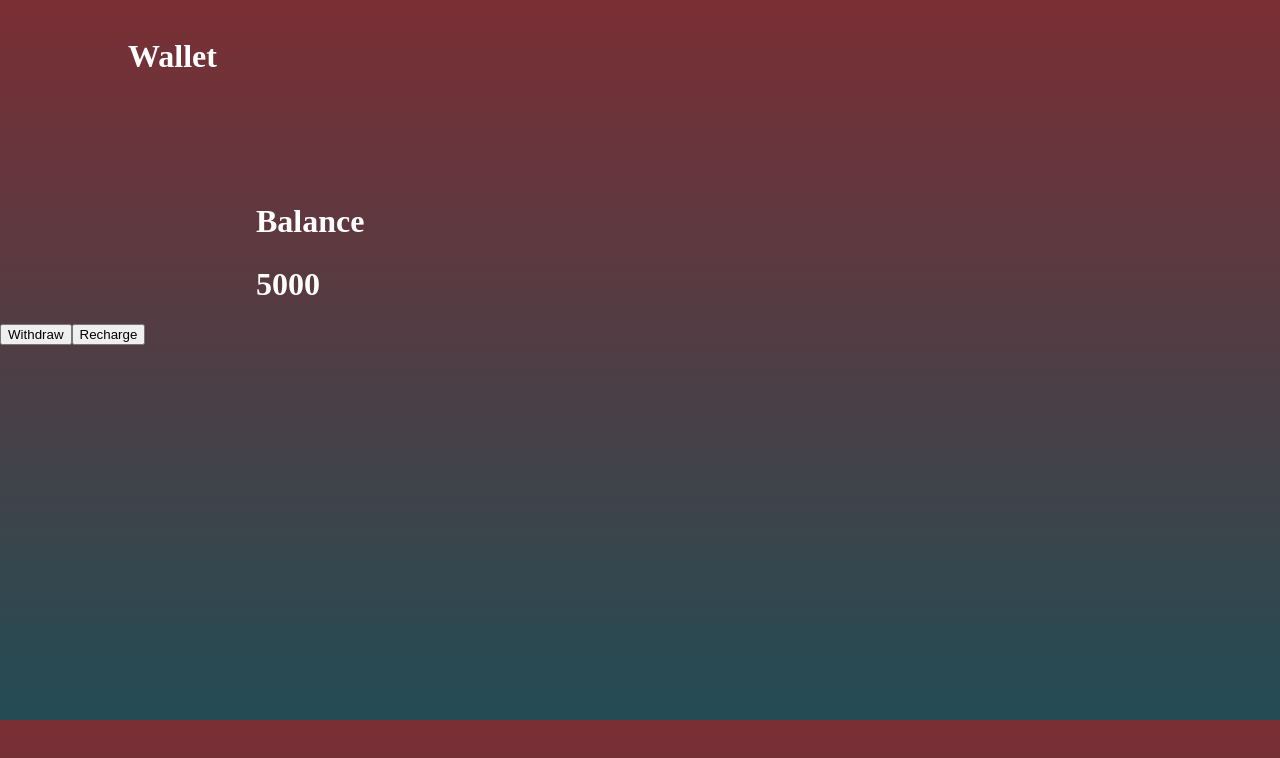
Repository: jagan607/N-Kalari
Page: /
An editor plug-in stored every save of this project. The page is shown before and after the next save, followed by the edit.
The browser window is 1280 px wide. The pictures show the whole page.
The project was rebuilt for these pictures with package versions that can differ from the ones it lists, and the page was loaded fresh each time. Also part of the build but not shown: src/App.css, src/helpers/firebase.js, src/components/Login/Login.js.

Above is the page before, as saved 2022-01-07 17:21:36.

After the next save:
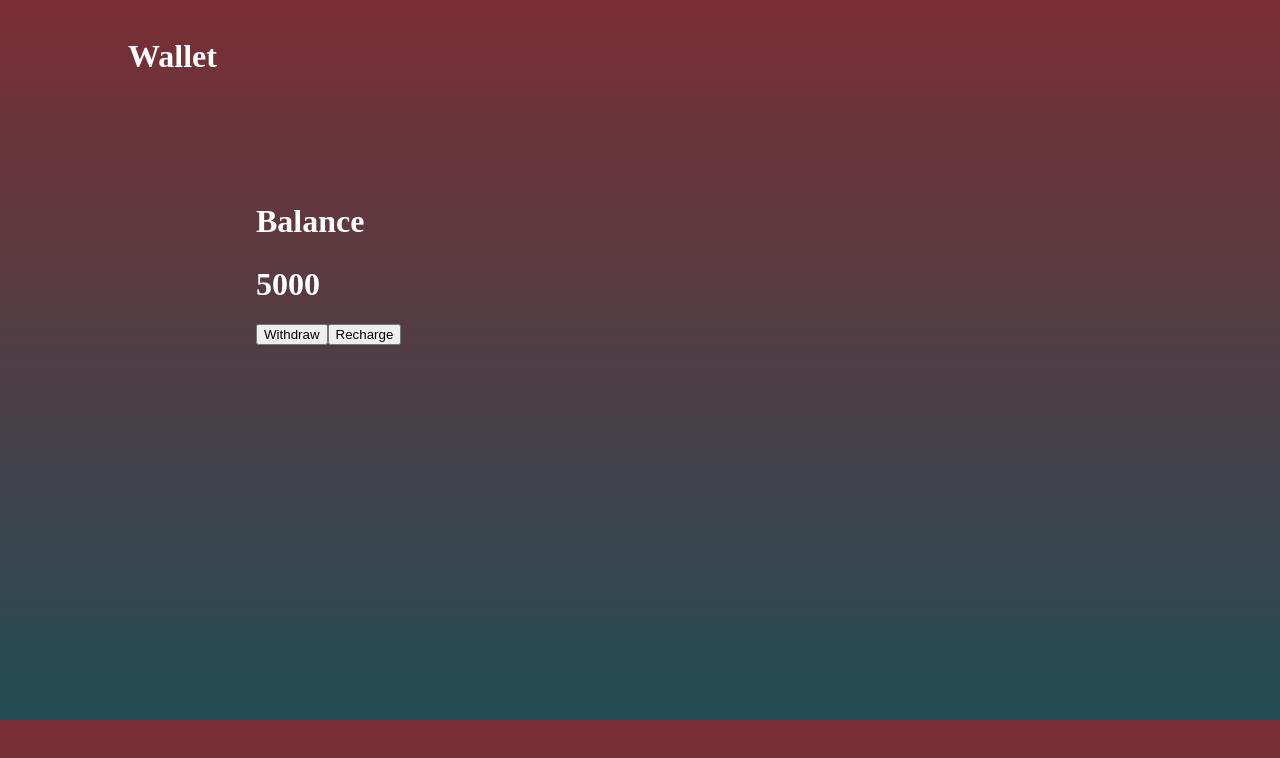
Saved 11 s later.
--- a/src/components/wallet/index.css
+++ b/src/components/wallet/index.css
@@ -21,4 +21,6 @@
 
 .buttons{
     float: left;
+    margin-left: 20%;
+
 }
